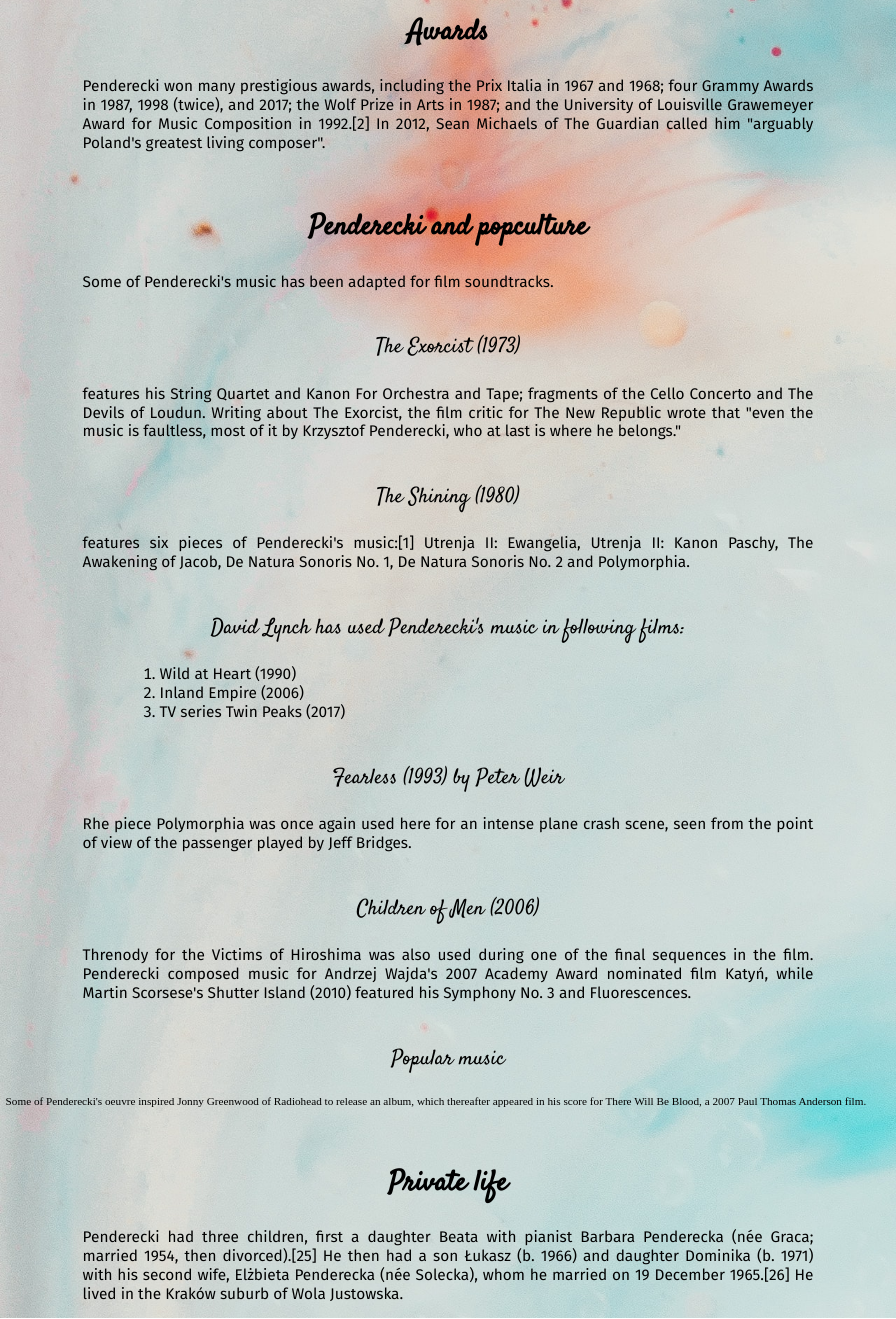
Repository: justynke/tribute_page
Page: index.html
The author's editor kept a copy of each file at every save. The page is drawn from the files as they stood at one save, then again after the next save.
The browser window is 1280 px wide. The pictures show the part of the page from y = 1318 to 3238 px (the page is 3202 px tall before and 3238 px after), at 70% of full size.

Above is the page before, as saved 2020-04-23 00:31:13.

### index.html
<!DOCTYPE html>
<html lang = "pl-PL">
<head>
    <link href="https://fonts.googleapis.com/css2?family=Satisfy&display=swap" rel="stylesheet">
    <link href="https://fonts.googleapis.com/css2?family=Fira+Sans&display=swap" rel="stylesheet">

    <link rel="stylesheet" type="text/css" href="styles.css">
    <title>Krzysztof Penderecki Tribute Page</title>
</head>
<body>
    <h1 id = "title">Welcome to Krzysztof Penderecki Tribute Page</h1>
    <div id = "img-div">
        <figure>
            <img id = "image" src = "images/penderecki_01.jpg" alt = "Krzysztof Penderecki">
            <figcaption>Krzysztof Penderecki, photo: <a href = "http://gazeta.pl">Gazeta.pl</a></figcaption>
        </figure>
    </div>

    <hr>

    <p>
        <b>Krzysztof Eugeniusz Penderecki</b> (Polish: [ˈkʂɨʂtɔf pɛndɛˈrɛt͡skʲi]; 23 November 1933 – 29 March 2020) was a Polish composer and conductor. Among his best known works are Threnody to the Victims of Hiroshima, Symphony No. 3, his St. Luke Passion, Polish Requiem, Anaklasis and Utrenja. Penderecki composed:
        <ul>
            <li>four operas</li>
            <li>eight symphonies and other orchestral pieces</li>
            <li>a variety of instrumental concertos</li>
            <li>choral settings of mainly religious texts</li>
            <li>chamber and instrumental works.</li>
        </ul>
    </p>

    <h2>Education and first works</h2>
    <p>Penderecki studied music at Jagiellonian University and the Academy of Music in Kraków. After graduating from the Academy, he became a teacher there and began his career as a composer in 1959 during the Warsaw Autumn festival. His Threnody to the Victims of Hiroshima for string orchestra and the choral work St. Luke Passion have received popular acclaim. His first opera, The Devils of Loudun, was not immediately successful. Beginning in the mid-1970s, Penderecki's composing style changed, with his first violin concerto focusing on the semitone and the tritone. His choral work Polish Requiem was written in the 1980s and expanded in 1993 and 2005.</p>

    <h2>Awards</h2>
    <p>Penderecki won many prestigious awards, including the Prix Italia in 1967 and 1968; four Grammy Awards in 1987, 1998 (twice), and 2017; the Wolf Prize in Arts in 1987; and the University of Louisville Grawemeyer Award for Music Composition in 1992.[2] In 2012, Sean Michaels of The Guardian called him "arguably Poland's greatest living composer".</p>

<h2>Penderecki and popculture</h2>
<p>Some of Penderecki's music has been adapted for film soundtracks.</p>
    <h3>The Exorcist (1973)</h3>
    <p>features his String Quartet and Kanon For Orchestra and Tape; fragments of the Cello Concerto and The Devils of Loudun. Writing about The Exorcist, the film critic for The New Republic wrote that "even the music is faultless, most of it by Krzysztof Penderecki, who at last is where he belongs."</p>
    <h3>The Shining (1980)</h3>
    <p> features six pieces of Penderecki's music:[1] Utrenja II: Ewangelia, Utrenja II: Kanon Paschy, The Awakening of Jacob, De Natura Sonoris No. 1, De Natura Sonoris No. 2 and Polymorphia.</p>
    <h3>David Lynch has used Penderecki's music in following films:</h3>
    <ol>
        <li>Wild at Heart (1990)</li>
        <li>Inland Empire (2006)</li>
        <li>TV series Twin Peaks (2017)</li>
    </ol>
    <h3>Fearless (1993) by Peter Weir</h3>
    <p>Rhe piece Polymorphia was once again used here for an intense plane crash scene, seen from the point of view of the passenger played by Jeff Bridges. </p>

    <h3>Children of Men (2006)</h3>
     <p>Threnody for the Victims of Hiroshima was also used during one of the final sequences in the film. Penderecki composed music for Andrzej Wajda's 2007 Academy Award nominated film Katyń, while Martin Scorsese's Shutter Island (2010) featured his Symphony No. 3 and Fluorescences.

        <h3>Popular music</h3>
    Some of Penderecki's oeuvre inspired Jonny Greenwood of Radiohead to release an album, which thereafter appeared in his score for There Will Be Blood, a 2007 Paul Thomas Anderson film.</p>

    <h2>Private life</h2>
    <p>Penderecki had three children, first a daughter Beata with pianist Barbara Penderecka (née Graca; married 1954, then divorced).[25] He then had a son Łukasz (b. 1966) and daughter Dominika (b. 1971) with his second wife, Elżbieta Penderecka (née Solecka), whom he married on 19 December 1965.[26] He lived in the Kraków suburb of Wola Justowska.</p>





</body>
</html>

### styles.css
body {
    background-image: url(images/background.jpg);
}

h1 {
    text-align: center;
    font-family: Satisfy;
    font-size: 52px;
    margin-bottom: 0.8em;
}

h2 {
    font-family: Satisfy;
    font-size: 40px;
    margin-top: 2em;
    text-align: center;
}

h3 {
    font-family: Satisfy;
    font-size: 30px;
    margin-top: 2em;
    text-align: center;
    font-weight: 250;
}

#img-div {
    display: flex;
    justify-content: space-around;
}

#image {
    height: 30vw;
    width: auto;
    filter: gray; /* IE6-9 */
    -webkit-filter: grayscale(1); /* Google Chrome, Safari 6+ & Opera 15+ */
    filter: grayscale(1);
    border-style: solid;
    border-color: transparent;
    border-radius: 4%;
}


#image:hover {
    filter: grayscale(0);
}

figcaption {
    font-family: 'Fira Sans', sans-serif;;
    text-align: center;
    font-style: italic;
    font-size: small;
    font-weight: 100;
}


hr {
    margin-top: 2em;
    margin-bottom: 2em;
    margin-left: 4em;
    margin-right: 4em;
}

p {
    padding-left: 5em;
    padding-right: 5em;
    font-family: 'Fira Sans', sans-serif;
    font-size: 22px;
    text-align: justify;
}

ul {
    padding-left: 10em;
    font-family: 'Fira Sans', sans-serif;
    font-size: 22px;
}

ol {
    padding-left: 10em;
    font-family: 'Fira Sans', sans-serif;
    font-size: 22px;
}

After the next save:
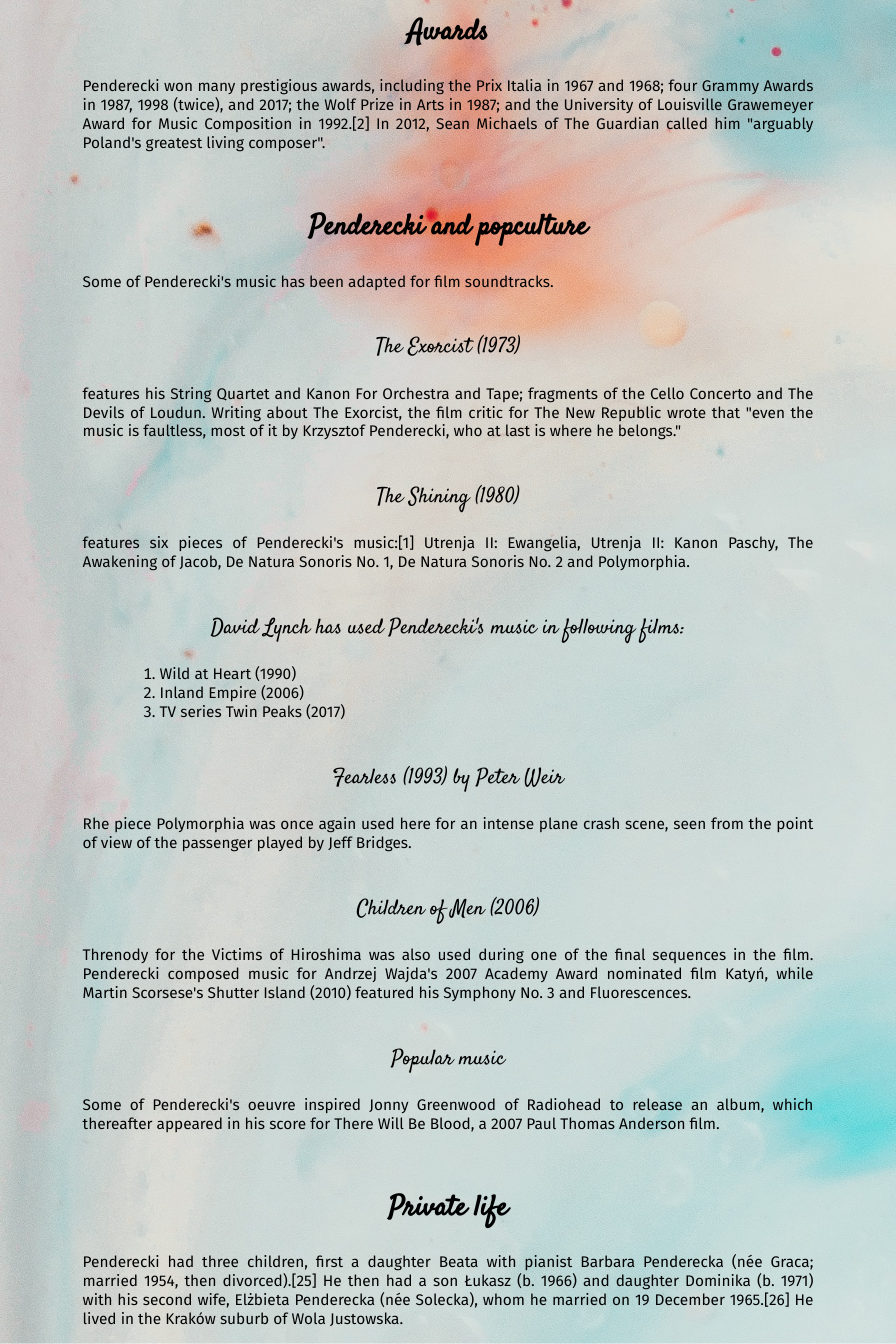
Saved 12 s later.
--- a/index.html
+++ b/index.html
@@ -54,7 +54,7 @@
      <p>Threnody for the Victims of Hiroshima was also used during one of the final sequences in the film. Penderecki composed music for Andrzej Wajda's 2007 Academy Award nominated film Katyń, while Martin Scorsese's Shutter Island (2010) featured his Symphony No. 3 and Fluorescences.
 
         <h3>Popular music</h3>
-    Some of Penderecki's oeuvre inspired Jonny Greenwood of Radiohead to release an album, which thereafter appeared in his score for There Will Be Blood, a 2007 Paul Thomas Anderson film.</p>
+    <p>Some of Penderecki's oeuvre inspired Jonny Greenwood of Radiohead to release an album, which thereafter appeared in his score for There Will Be Blood, a 2007 Paul Thomas Anderson film.</p>
 
     <h2>Private life</h2>
     <p>Penderecki had three children, first a daughter Beata with pianist Barbara Penderecka (née Graca; married 1954, then divorced).[25] He then had a son Łukasz (b. 1966) and daughter Dominika (b. 1971) with his second wife, Elżbieta Penderecka (née Solecka), whom he married on 19 December 1965.[26] He lived in the Kraków suburb of Wola Justowska.</p>
